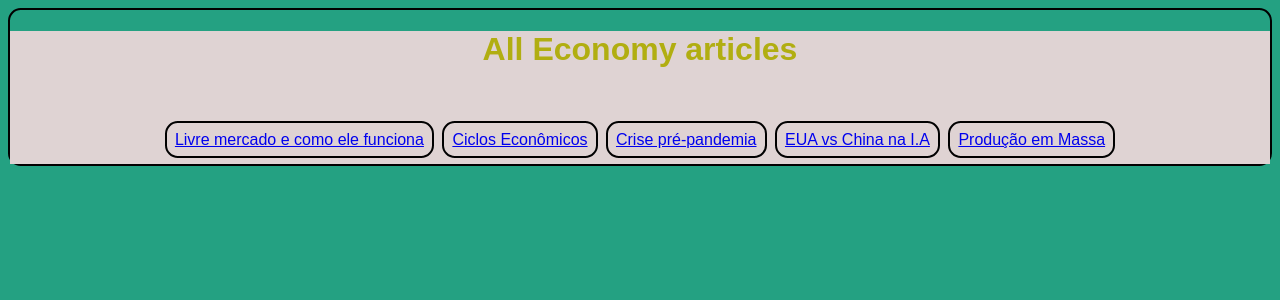
Repository: batmit/FutureFundation.github.io-1
Page: menu/articles/economia/economia.html
An editor plug-in stored every save of this project. The page is shown before and after the next save, followed by the edit.
The browser window is 1280 px wide. The pictures show the whole page.

Above is the page before, as saved 2021-11-07 17:33:17.

### menu/articles/economia/economia.html
<!DOCTYPE html>
<html lang="en">
<head>
    <meta charset="UTF-8">
    <meta http-equiv="X-UA-Compatible" content="IE=edge">
    <meta name="viewport" content="width=device-width, initial-scale=1.0">
    <title>Artigos de Economia</title>
    <link rel="stylesheet" href="/menu/main.css">
</head>
<body>

    <div id="all">

        <header>

            <h1> All Economy articles </h1>

        </header>

        <div id="articles">


            <a href="/menu/articles/economia/first.html">Livre mercado e como ele funciona</a>
            <a href="./ciclos.html">Ciclos Econômicos</a>
            <a href="./criseprepandemia.html">Crise pré-pandemia</a>
            <a href="./I_a.html">EUA vs China na I.A</a>
            <a href="./prodção_em_massa.html">Produção em Massa</a>

        </div>

    </div>

</body>
</html>

### menu/main.css
body{

    text-align: center;

    border: black 2px solid;

    border-radius: 0.8rem;

    font-family: 'Ubuntu', arial;

    background-color: rgb(36, 161, 130);


}

#articles {
    gap: 3px;
}

#all{

    background-color: rgb(223, 211, 211);

}


#codigo{
    text-align:left;

}


img{
    text-align: center;
    justify-content: center;

}

p{
    font-size: 20px;
    font-family: 'Ubuntu', arial;
}

a{
    border: 2px solid black;

    border-radius: 0.8rem;

    box-sizing: border-box;

    padding: 0.5rem;

    line-height:3rem;

    margin: 2px;


}

a:hover{

    background-color:#F0FFFF;

}

h1{

    margin-bottom: 3rem;

    color: rgb(177, 174, 17);

}

audio {
    -webkit-transition:all 0.5s linear;
    -moz-transition:all 0.5s linear;
    -o-transition:all 0.5s linear;
    transition:all 0.5s linear;
    -moz-box-shadow: 2px 2px 4px 0px #006773;
    -webkit-box-shadow:  2px 2px 4px 0px #006773;
    box-shadow: 2px 2px 4px 0px #006773;
    -moz-border-radius:7px 7px 7px 7px ;
    -webkit-border-radius:7px 7px 7px 7px ;
    border-radius:7px 7px 7px 7px ;
}

audio:hover, audio:focus, audio:active {

-webkit-box-shadow: 15px 15px 20px rgba(0,0, 0, 0.4);
-moz-box-shadow: 15px 15px 20px rgba(0,0, 0, 0.4);
box-shadow: 15px 15px 20px rgba(0,0, 0, 0.4);
-webkit-transform: scale(1.05);
-moz-transform: scale(1.05);
transform: scale(1.05);

}



@media (max-width: 900px) {


    a{

        display: block;
        line-height: 0.5rem;
        padding: 1rem;

    }

    #img{
        text-align: right;
    }

}

@media (prefers-color-scheme: dark) {
    #all{

        background-color: rgb(90, 73, 73);

    }

    h1{
        color: white
    }

    p{
        color: white;
    }

    a{
        background-color: aqua;
    }

    h3{
        color: white;
    }

    strong {
        color: white;
    }


}

After the next save:
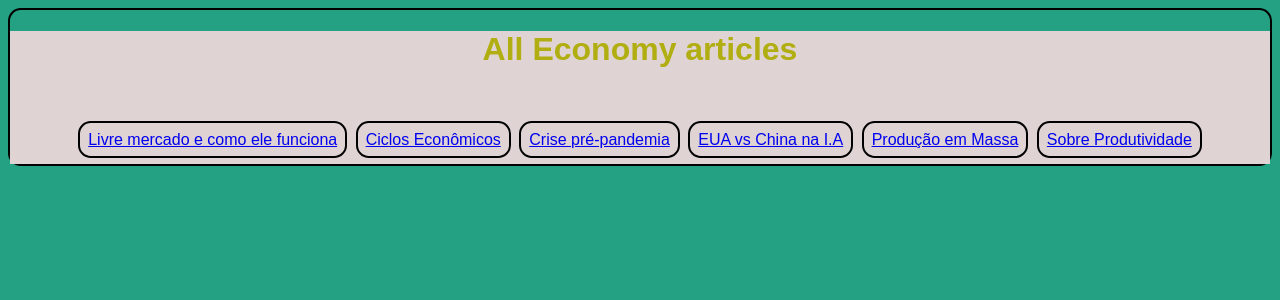
Saved 74 s later.
--- a/menu/articles/economia/economia.html
+++ b/menu/articles/economia/economia.html
@@ -25,6 +25,7 @@
             <a href="./criseprepandemia.html">Crise pré-pandemia</a>
             <a href="./I_a.html">EUA vs China na I.A</a>
             <a href="./prodção_em_massa.html">Produção em Massa</a>
+            <a href="../speechs/produtividade.html">Sobre Produtividade</a>
 
         </div>
 
